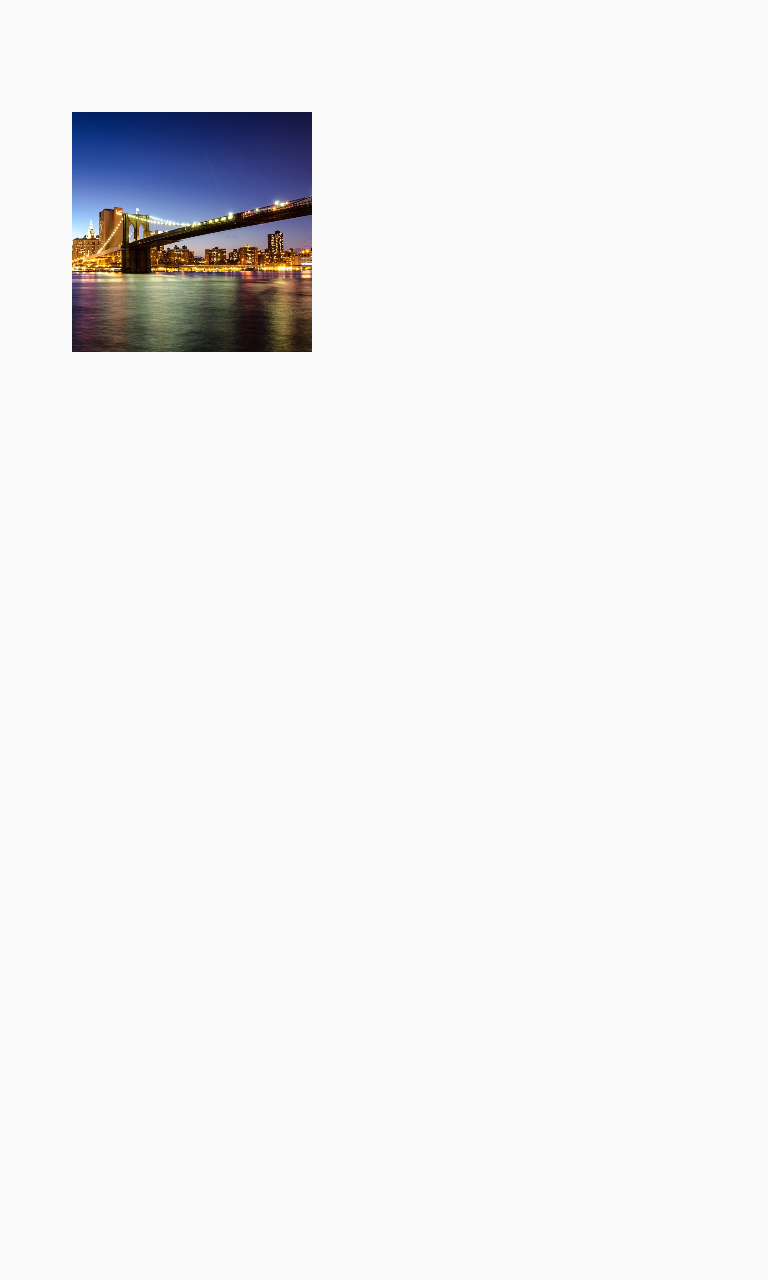
Repository: MarcSelles/nPuzzle10447768
Layout: NPuzzle10447768/res/layout/activity_main.xml
The author's editor kept a copy of each file at every save. The layout is drawn from the files as they stood at one save, then again after the next save.
It is drawn on a 768 x 1280 px phone screen (xhdpi) without system bars, with theme AppTheme; the app's code is not run.

Above is the layout before, as saved 2014-11-22 17:55:39.

### NPuzzle10447768/res/layout/activity_main.xml
<RelativeLayout xmlns:android="http://schemas.android.com/apk/res/android"
    xmlns:tools="http://schemas.android.com/tools"
    android:layout_width="match_parent"
    android:layout_height="match_parent"
    android:paddingBottom="@dimen/activity_vertical_margin"
    android:paddingLeft="@dimen/activity_horizontal_margin"
    android:paddingRight="@dimen/activity_horizontal_margin"
    android:paddingTop="@dimen/activity_vertical_margin"
    tools:context="nl.mprog.projects.NPuzzle10447768.MainActivity" >

    <ImageView
        android:id="@+id/imageView1"
        android:layout_width="120dp"
        android:layout_height="120dp"
        android:layout_alignParentLeft="true"
        android:layout_alignParentTop="true"
        android:layout_marginLeft="20dp"
        android:layout_marginTop="40dp"
        android:scaleType="fitXY"
        android:src="@drawable/brooklyn_bridge" />

</RelativeLayout>

Loaded but not shown: NPuzzle10447768/res/values/styles.xml (common file); NPuzzle10447768/res/values-v11/styles.xml (common file); NPuzzle10447768/res/values-v14/styles.xml (common file); NPuzzle10447768/res/values/dimens.xml (common file); NPuzzle10447768/res/values-w820dp/dimens.xml (common file)

After the next save:
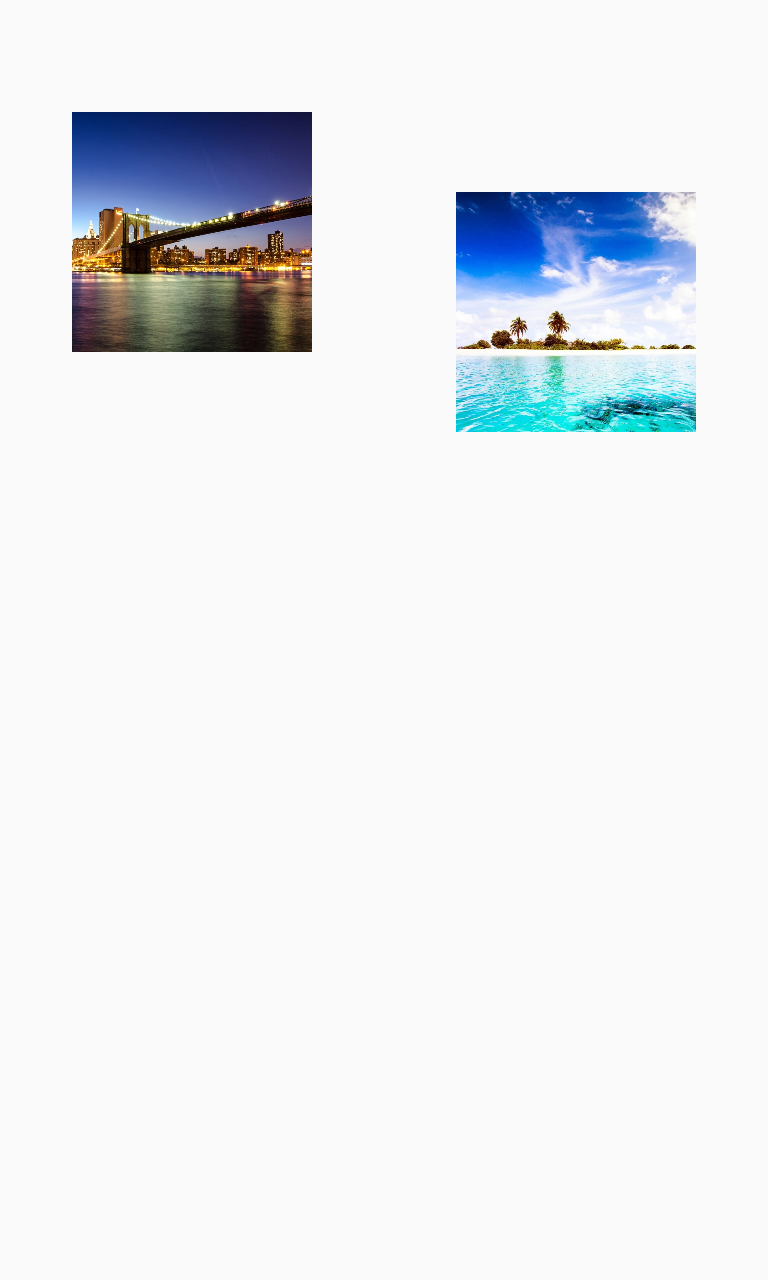
Saved 75 s later.
--- a/NPuzzle10447768/res/layout/activity_main.xml
+++ b/NPuzzle10447768/res/layout/activity_main.xml
@@ -19,4 +19,15 @@
         android:scaleType="fitXY"
         android:src="@drawable/brooklyn_bridge" />
 
+    <ImageView
+        android:id="@+id/imageView2"
+        android:layout_width="120dp"
+        android:layout_height="120dp"
+        android:layout_alignParentRight="true"
+        android:layout_alignTop="@+id/imageView1"
+        android:layout_marginRight="20dp"
+        android:layout_marginTop="40dp"
+        android:scaleType="fitXY"
+        android:src="@drawable/diggrini_island" />
+
 </RelativeLayout>
